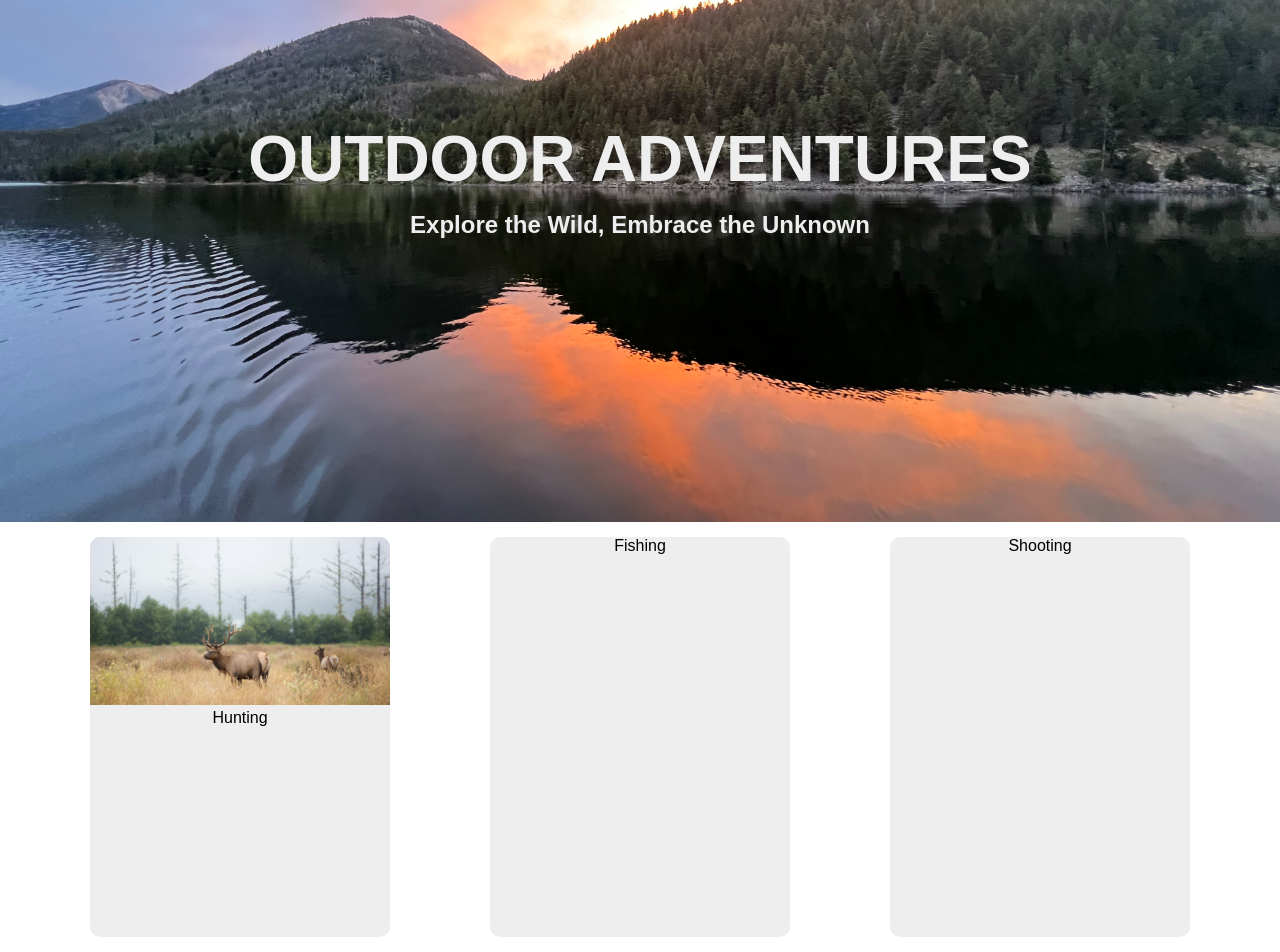
Repository: iforgotmylogin/WebDesignFinal
Page: index.html
An editor plug-in stored every save of this project. The page is shown before and after the next save, followed by the edit.
The browser window is 1280 px wide. The pictures show the part of the page from y = 290 to 1242 px (the page is 1242 px tall).
A picture or video elsewhere on the page could not be fetched, so the positions and the page height are approximate.

Above is the page before, as saved 2024-04-07 18:08:47.

### index.html
<!DOCTYPE html>
<html lang="en">
<head>
    <link rel="stylesheet" href="css/global.css">
    <link rel="stylesheet" href="css/navbar.css">
    <link rel="stylesheet" href="css/dropdown.css">
    <link rel="stylesheet" href="https://cdn.jsdelivr.net/npm/aos@2.3.4/dist/aos.css">
    <link rel="stylesheet" href="css/homepage.css">
    <meta http-equiv="X-UA-Compatible" content ="IE=edge">
    <meta charset="UTF-8">
    <meta name="viewport" content="width=device-width, initial-scale=1.0">
    <title>Outdoor Adventures</title>
</head>
<body>
    <header>
        <a href="#"><img src="images/outdoor-adventure-logo-color.png" alt="Logo" class="logo"></a>
       <nav>
        <ul>
            <li>
                <a href="#">About</a>
            </li>
            <li class="dropdown">
                <a href="html/Booking.html">Booking</a>
                <div class="dropdown-content">
                    <a href="#">Hunting</a>
                    <a href="#">Fishing</a>
                    <a href="#">Shooting</a>
                    <a href="#">ATV Rental</a>
                </div>
            </li>
            <li>
                <a href="html/Reviews.html">Reviews</a>
            </li>
            <li>
                <a href="#">Careers</a>
            </li>
            <li>
                <a href="#">Contact</a>
            </li>
        </ul>
    </nav>



    </header>
    <main class="hero_image">
        <h1>Outdoor Adventures</h1>
        <h2>Explore the Wild, Embrace the Unknown</h2>
    </main>

    <div class="container">
        <div data-aos="fade-up" class="box Hunting">
            <img src="images/HuntingBackdrop.jpg" alt="Image of an Elk">
            Hunting
        </div>

        <div data-aos="fade-up" class="box Fishing">Fishing</div>

        <div data-aos="fade-up" class="box Shooting">Shooting</div>
    </div>



    <!-- Use <div data-aos="fade-up"><div> for really cool animations that use this java script!! -->
    <script src="https://cdn.jsdelivr.net/npm/aos@2.3.4/dist/aos.js"></script>
    <script>
      AOS.init();
    </script>
</body>
</html>

### css/global.css
*{
    font-family: Arial, Helvetica, sans-serif;
}
.hero_image{
    position: absolute;
    z-index: 1;
    margin: 0 auto;
    justify-content: center;
    top: 0px;
    padding: 50px;
    height: 600px;
    position: relative;
    background-image: url("../images/IMG_0679.jpeg");
    background-size: cover;
    background-position: center;
}

.hero_image h1{
    font-size: 400%;
    color: #eee;
    text-transform: uppercase;
    text-align: center;
    margin: 250px 0 auto;
}

.hero_image h2{
    margin: 15px 0 auto;
    text-align: uppercase;
    text-align: center;
    color:#eee;
}

h1.global{
    text-align: center;
}

#usrReview_1{
    outline: 2px solid red; /*This is for "debugging" where the div is and how it's behaving*/

    padding: 30px;
}

#userPfp{
    float: left;
    max-width: 90%;
    width: 200px;
    margin-right: 10px; /* adds some spacing between the image and the text*/

}

### css/navbar.css
body{
    margin:0px;
}


header{
    display: flex;
    justify-content: space-between;
    background-color: #eee;
    border-bottom: 5px white;
    box-shadow: 0 0 5px rgba(0,0,0,.2);
}

header .logo{
    height: 100px;
    padding:4px;
}

header nav{
    display: flex;
    align-items: center;
}
header nav ul{
    margin: 0px;
    padding: 0px;
    text-align: right;
    display: flex;
    width: 100%;
    justify-content: end;
}
header nav ul li{
    list-style-type: none;
}

header nav ul li a{
  text-decoration: none;
  color: #666;
  font-weight: bold;
  font-size:15px;
  text-transform:uppercase;
  font-family:Helvetica, sans-serif;
  padding:49px 30px;
  transition: all .3s linear;
}
header nav ul li a:hover{
    background-color:teal;
    color:white;
}

header nav ul li a.active{
    background-color: burlywood;
}

### css/dropdown.css
.dropbtn {
    background-color: #eee;
    color: white;
    padding: 16px;
    font-size: 16px;
    border: none;
  }

  .dropdown {
    align-items: center;
    display: inline-block;
  }

  .dropdown-content {
    display: none;
    position:absolute;
    background-color: #eee;
    min-width: 136px;
    box-shadow: 0px 8px 16px 0px rgba(0,0,0,0.2);
    z-index: 1;
    top: 14%;
  }

  /* Links inside the dropdown */
  .dropdown-content a {
    color: black;
    padding: 12px 16px;
    text-decoration: none;
    text-align: center;
    display: block;
  }

  .dropdown-content a:hover {background-color: teal;}

  .dropdown:hover .dropdown-content {display: block;}

  .dropdown:hover .dropbtn {background-color: teal;}

### css/homepage.css
.container{
    position:relative;
    width: 100%;
    height: auto;
    display: flex;
    flex-direction: row;
    justify-content: center;
}
.box{
    position: relative;
    width: 300px;
    height: 400px;
    background:#eee;
    text-align: center;
    margin: 15px;
    box-sizing: border-box;
    overflow: hidden;
    margin-left: 50px;
    margin-right: 50px;
    border-radius: 10px;
}
.Hunting img{
    width: 100%;

}

After the next save:
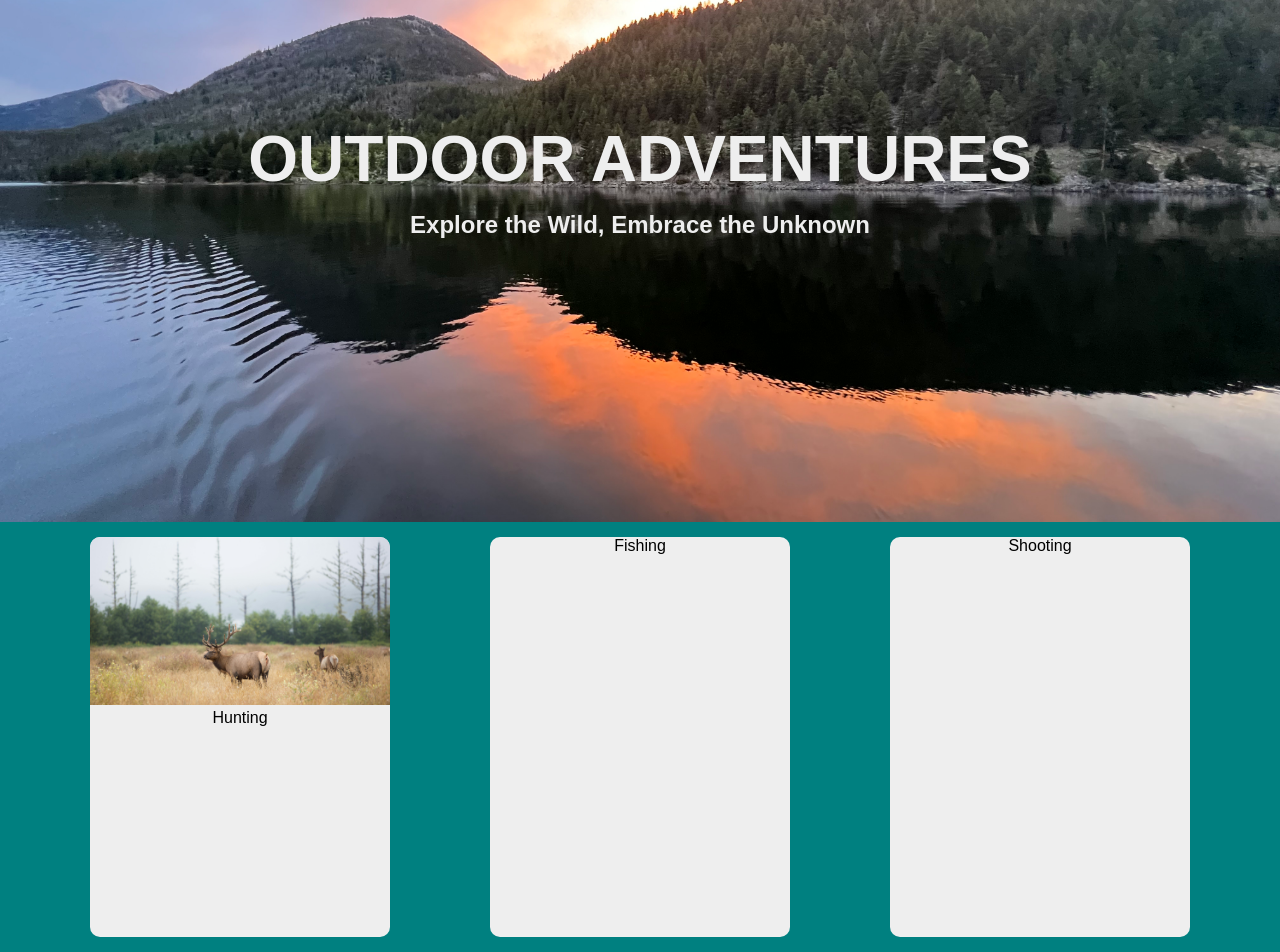
Saved 34 s later.
--- a/css/homepage.css
+++ b/css/homepage.css
@@ -1,3 +1,6 @@
+body{
+    background-color: teal;
+}
 .container{
     position:relative;
     width: 100%;

After the save that followed:
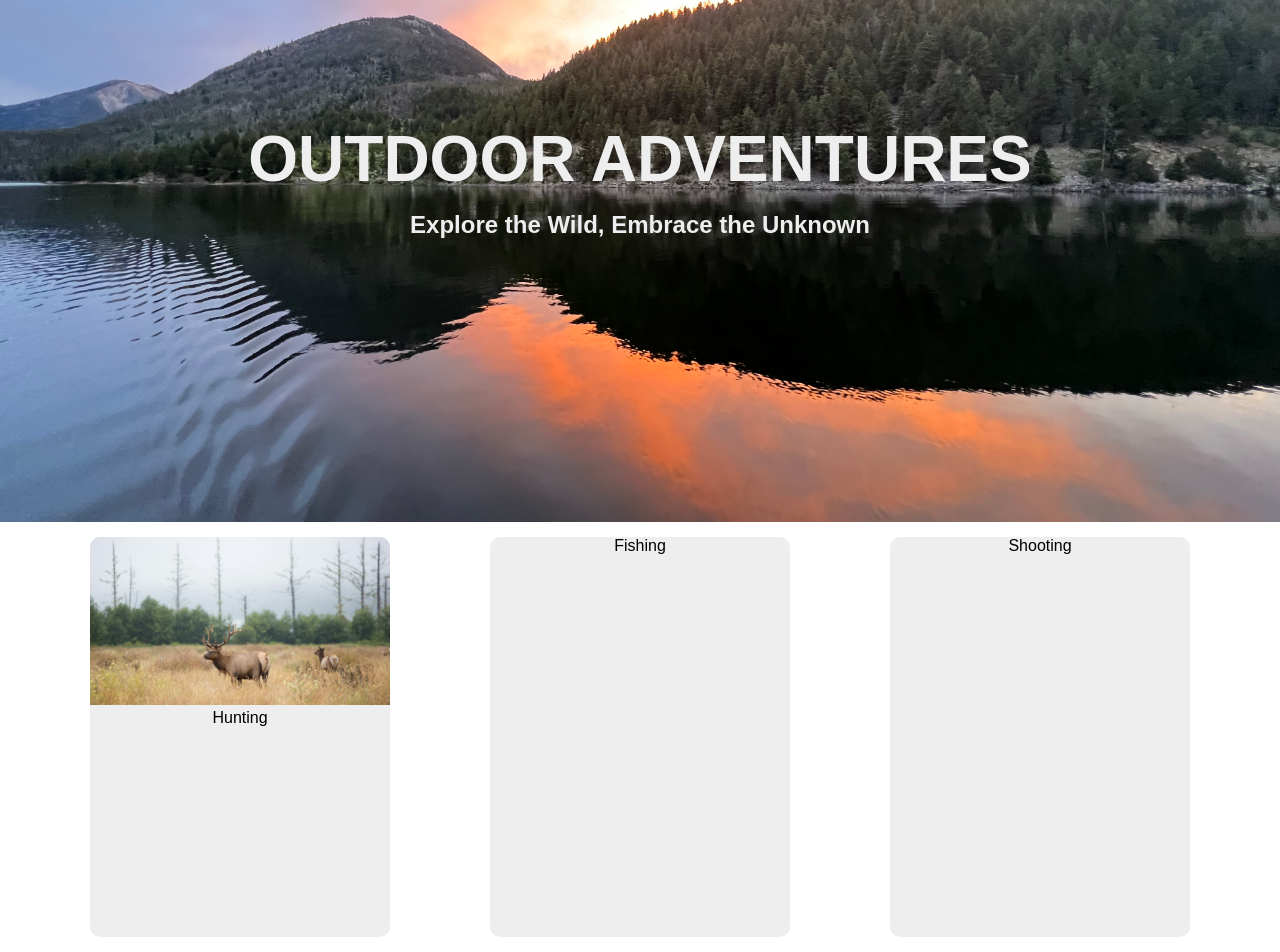
Saved 54 s later.
--- a/css/homepage.css
+++ b/css/homepage.css
@@ -1,5 +1,4 @@
 body{
-    background-color: teal;
 }
 .container{
     position:relative;
